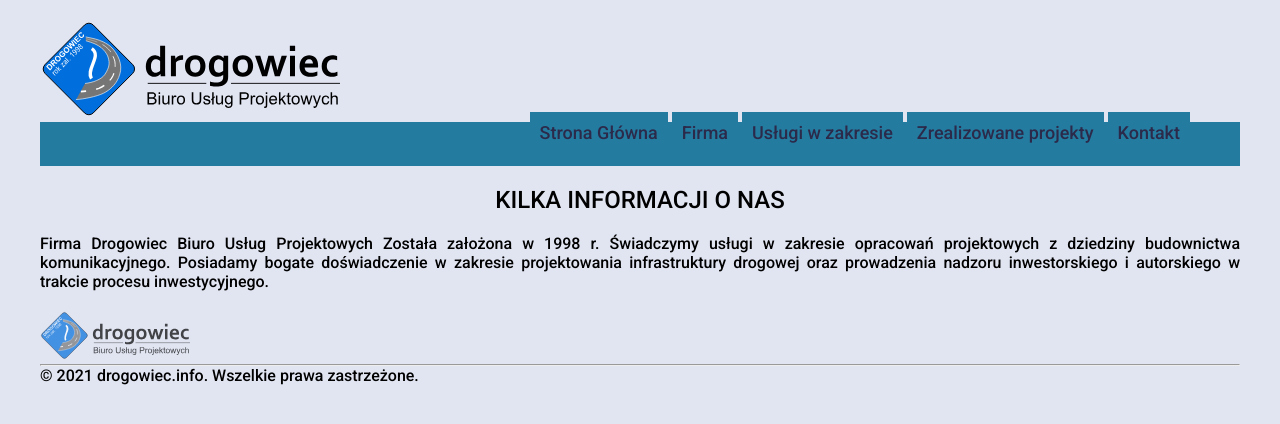
Repository: AdamBodzak/WTF_v2
Page: index.html
An editor plug-in stored every save of this project. The page is shown before and after the next save, followed by the edit.
The browser window is 1280 px wide. The pictures show the whole page.

Above is the page before, as saved 2021-01-08 13:55:46.

After the next save:
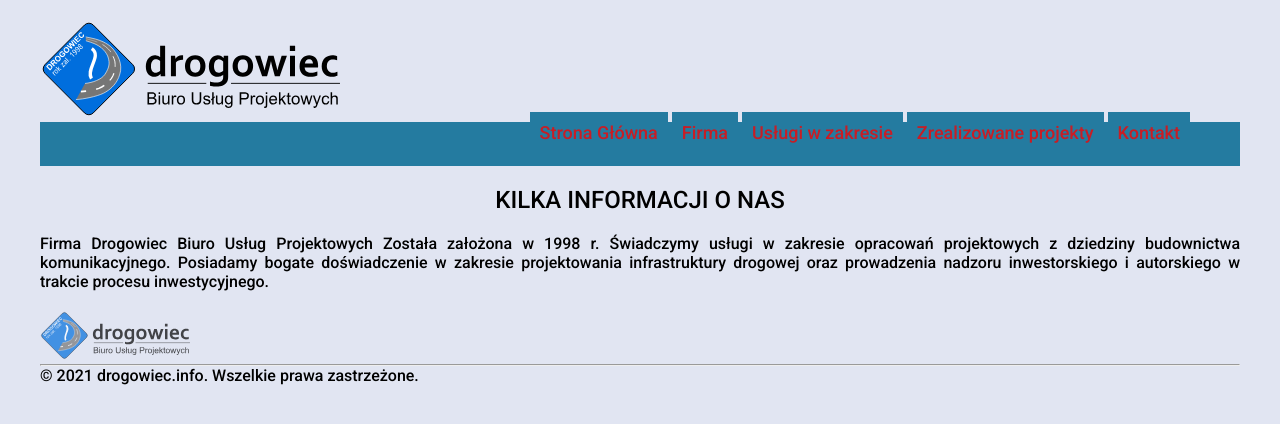
Saved 15 s later.
--- a/style.css
+++ b/style.css
@@ -33,7 +33,7 @@
 
 .menuItem{
     font-size: 18px;
-    color: #2C2A4A;
+    color: #C81D25;
     text-decoration: none;
     padding: 10px;
     background-color: #247BA0;
